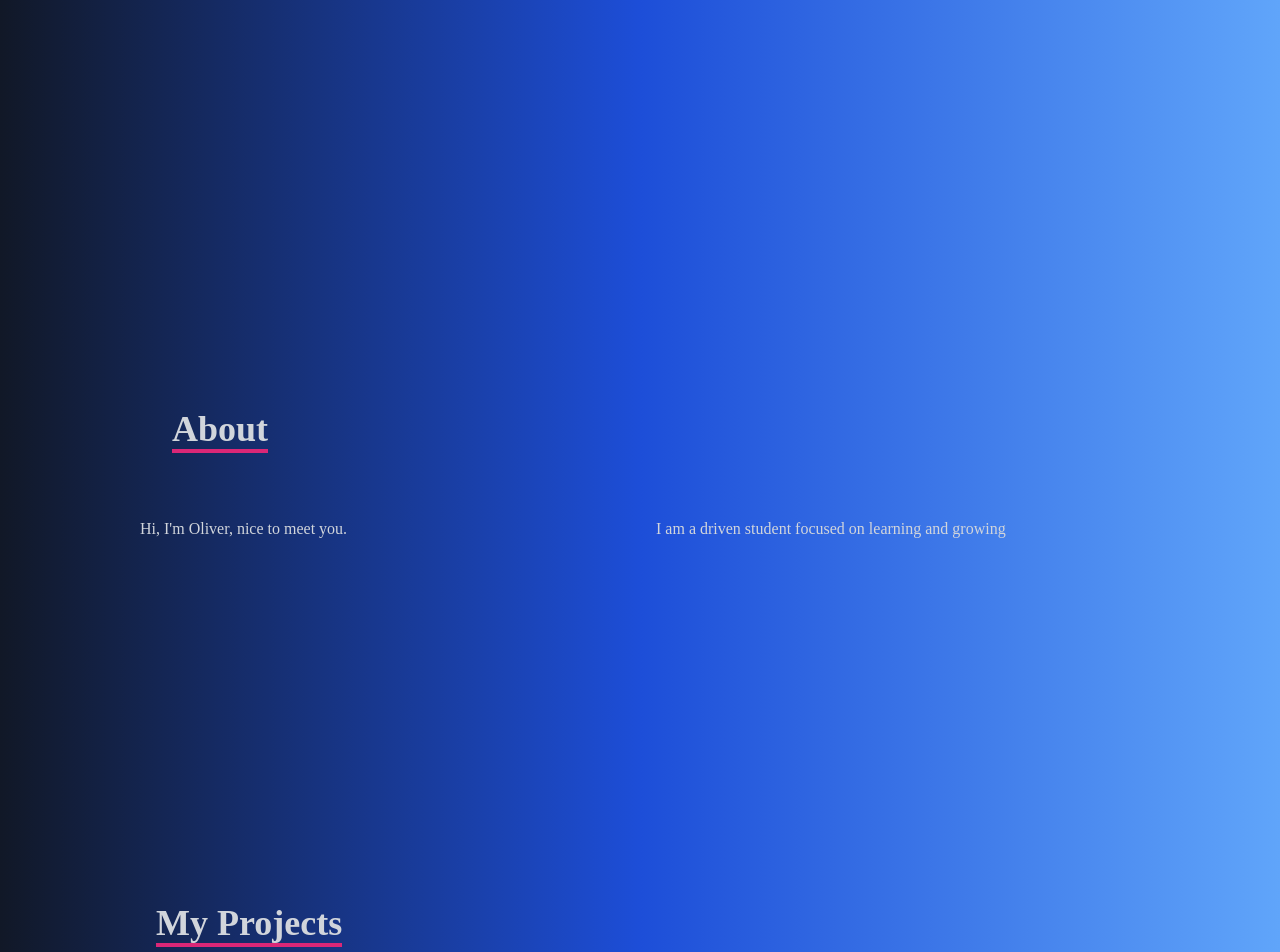
Repository: olichengus/Project-Portfolio
Page: /
The author's editor kept a copy of each file at every save. The page is drawn from the files as they stood at one save, then again after the next save.
The browser window is 1280 px wide. The pictures show the part of the page from y = 605 to 1557 px (the page is 2160 px tall).
The project was rebuilt for these pictures with package versions that can differ from the ones it lists, and the page was loaded fresh each time.

Above is the page before, as saved 2024-02-10 00:31:59.

### src/index.css
@tailwind base;
@tailwind components;
@tailwind utilities;

@import url('https://fonts.googleapis.com/css2?family=Roboto:wght@300;400;500;700&display=swap');

@layer base {
  body {
    @apply font-[Raleway];
  }
  li {
    @apply px-4;
    @apply cursor-pointer;
  }
}


.content-div{
  background-repeat: no-repeat;
  background-size: cover;
  background-position: center;
  height: 250px;
}

.content-div:hover{
  background-image: linear-gradient(
    to right,
    rgba(112,157,255,0.8),
    hsla(242,74%,61%,0.8)
  )!important;
  background-color: rgba(0, 0, 0, 0.5);
  transition: 0.5s;
}

### src/App.js
import Home from './components/Home';
import Navbar from './components/Navbar';
import About from './components/About';
import Work from './components/Work';

function App() {
  return (
    <div>
      <Navbar />
      <Home />
      <About />
      <Work />
    </div>
  );
}

export default App;

### src/components/Home.jsx
import React from 'react'
import {HiArrowNarrowRight} from 'react-icons/hi'

const Home = () => {
  return (
    <div className='w-full h-screen bg-gradient-to-r from-gray-900 via-blue-700 to-blue-400'>
      {/* Container */}
      <div className='max-w-[1000px] mx-auto px-8 flex flex-col justify-center h-full'>
        <p className='text-pink-600 text-2xl'>Hi, my name is</p>
        <h1 className='text-white text-7xl font-bold'>Oliver Cheng</h1>
        <h2 className='text-4xl sm:text-5xl font-bold text-[#8892b0]'> I am a Computer Science student @ UBC</h2>
        <h2 className='text-4xl sm:text-5xl font-bold text-[#8892b0]'> Welcome to my Portfolio!</h2>
        <div className='background-color'>
          <button className = 'text-white border-2 px-6 py-3 my-2 flex items-center hover:bg-pink-600 hover:border-pink-600'>
            My Projects
            <span className='group-hover:rotate-90 duration-300'>
              <HiArrowNarrowRight className='ml-2' />
            </span>
          </button>
        </div>
      </div>

    </div>
  )
}

export default Home

### src/components/navbar.js
import React, {useState} from 'react'
import {
    FaBars,
    FaTimes,
    FaGithub,
    FaLinkedin
  } from 'react-icons/fa';
import { HiOutlineMail } from 'react-icons/hi';
import BsFillPersonFill from 'react-icons/bs';

const Navbar = () => {
    const [nav, setNav] = useState(false)
    const handleClick = () => setNav(!nav)
  return (
    <div className='fixed w-full h-[80px] flex justify-between items-center px-4 bg-[#0a192f] text-gray-300'>
    {/* menu */}
        <div className='hidden md:flex'>
            <ul className='hidden md:flex'>
                <li>Home</li>
                <li>About</li>
                <li>Experience</li>
                <li>Projects</li>
                <li>Contact</li>


            </ul>
        </div>

        <div onClick={handleClick} className='md:hidden z-10'>
            {/* if false set it to bars else set it to x logo*/}
            {!nav ? <FaBars /> : <FaTimes />}
        </div>


        {/* Moble menu */}
        <ul className={!nav ? "hidden": 'absolute top-0 left-0 w-full h-screen bg-[#0a192f] flex flex-col justify center items-center'}>
                <li className='py-6 text-4xl'>Home</li>
                <li className='py-6 text-4xl'>About</li>
                <li className='py-6 text-4xl'>Experience</li>
                <li className='py-6 text-4xl'>Projects</li>
                <li className='py-6 text-4xl'>Contact</li>

        </ul>
        {/* Social Icons */}
        <div className='flex fixed flex-col top-[35%] left-0;'>
        </div>
    </div>


  )
}

export default Navbar

### src/components/About.jsx
import React from 'react';

const About = () => {
    return (
        <div name='about' className='w-full h-screen bg-gradient-to-r from-gray-900 via-blue-700 to-blue-400 text-gray-300'>
            <div className='flex flex-col justify-center items-center w-full h-full'>
                <div className='max-w-[1000px] w-full px-4 justify-center items-center'>
                    <div className='md:text-left sm:text-right pb-8 pl-4'>
                        <p className='text-4xl font-bold inline border-b-4 border-pink-600 hover:text-white'>About</p>
                    </div>

                </div>
                <div className='mt-9 max-w-[1000px] w-full grid grid-cols-2 gap-8'>
                    <div>
                        <p>Hi, I'm Oliver, nice to meet you.</p>
                    </div>
                    <div>
                        I am a driven student focused on learning and growing
                    </div>
                </div>
            </div>
        </div>
    )
}

export default About;

### src/components/Work.jsx
import React from 'react';
import Background from '../assets/background.jpeg';

const Work = () => {
    return (
        <div className='w-full md:h-screen text-gray-300 bg-gradient-to-r from-gray-900 via-blue-700 to-blue-400'>
            <div className='max-w-[1000px] mx-auto p-4 flex flex-col justify-center w-full h-full'>
                <div>
                    <p className='text-4xl font-bold inline border-b-4 text-gray-300 border-pink-600'>My Projects</p>
                </div>

            {/* Container */}

                <div className='grid sm:grid-cols-2 md:grid-cols-3 gap-4 mt-7'>

            {/* Grid Item */}
                    <div style = {{backgroundImage: `url(${Background})`}}
                    className='shadow-lg shadow-[#040c16] group container rounded-md flex justify-center items-center mx-auto content-div'>

                        {/* Hover Effects */}
                        <div className='opacity-0 group-hover:opacity-100'>
                            <span className='text-2xl font-bold text-white tracking-wider'>
                                UBC Elective Finder
                            </span>
                            <div className='pt-8 text-center'>
                                {/* <a href ="/">
                                    <button className='text-center rounded-lg px-4 py-3 m-2 bg-white text-gray-700 font-bold text-lg'>Demo</button>
                                </a> */}
                                <a href = "https://github.com/olichengus/UBC-Elective-Finder">
                                    <button className='text-center rounded-lg px-5 py-3 m-2 bg-white text-gray-700 font-bold text-lg'>View</button>
                                </a>
                            </div>
                        </div>
                    </div>

                    <div style = {{backgroundImage: `url(${Background})`}}
                    className='shadow-lg shadow-[#040c16] group container rounded-md flex justify-center items-center mx-auto content-div'>

                        {/* Hover Effects */}
                        <div className='opacity-0 group-hover:opacity-100'>
                            <span className='text-2xl font-bold text-white tracking-wider'>
                                Telomeres Website
                            </span>
                            <div className='pt-8 text-center'>
                                {/* <a href ="/">
                                    <button className='text-center rounded-lg px-4 py-3 m-2 bg-white text-gray-700 font-bold text-lg'>Demo</button>
                                </a> */}
                                <a href = "https://github.com/olichengus/TelomeresWebsite">
                                    <button className='text-center rounded-lg px-5 py-3 m-2 bg-white text-gray-700 font-bold text-lg'>View</button>
                                </a>
                            </div>
                        </div>
                    </div>

                    <div style = {{backgroundImage: `url(${Background})`}}
                    className='shadow-lg shadow-[#040c16] group container rounded-md flex justify-center items-center mx-auto content-div'>

                        {/* Hover Effects */}
                        <div className='opacity-0 group-hover:opacity-100'>
                            <span className='text-2xl font-bold text-white tracking-wider'>
                                Wishlist Application
                            </span>
                            <div className='pt-8 text-center'>
                                {/* <a href ="https://github.com/olichengus/WishList">
                                    <button className='text-center rounded-lg px-4 py-3 m-2 bg-white text-gray-700 font-bold text-lg'>Demo</button>
                                </a> */}
                                <a href = "https://github.com/olichengus/WishList">
                                    <button className='text-center rounded-lg px-5 py-3 m-2 bg-white text-gray-700 font-bold text-lg'>View</button>
                                </a>
                            </div>
                        </div>
                    </div>

                    <div style = {{backgroundImage: `url(${Background})`}}
                    className='shadow-lg shadow-[#040c16] group container rounded-md flex justify-center items-center mx-auto content-div'>

                        {/* Hover Effects */}
                        <div className='opacity-0 group-hover:opacity-100'>
                            <span className='text-2xl font-bold text-white tracking-wider'>
                                PythonRoads
                            </span>
                            <div className='pt-8 text-center'>
                                {/* <a href ="/">
                                    <button className='text-center rounded-lg px-4 py-3 m-2 bg-white text-gray-700 font-bold text-lg'>Demo</button>
                                </a> */}
                                <a href = "https://github.com/olichengus/PythonRoads">
                                    <button className='text-center rounded-lg px-5 py-3 m-2 bg-white text-gray-700 font-bold text-lg'>View</button>
                                </a>
                            </div>
                        </div>
                    </div>

                </div>



            </div>
        </div>
    );
};

export default Work;

### tailwind.config.js
/** @type {import('tailwindcss').Config} */
module.exports = {
  content: ["./src/**/*.{html,jsx}"],
  theme: {
    extend: {},
  },
  plugins: [],
}

Loaded but not shown: public/index.html (common file); src/index.js (common file)

After the next save:
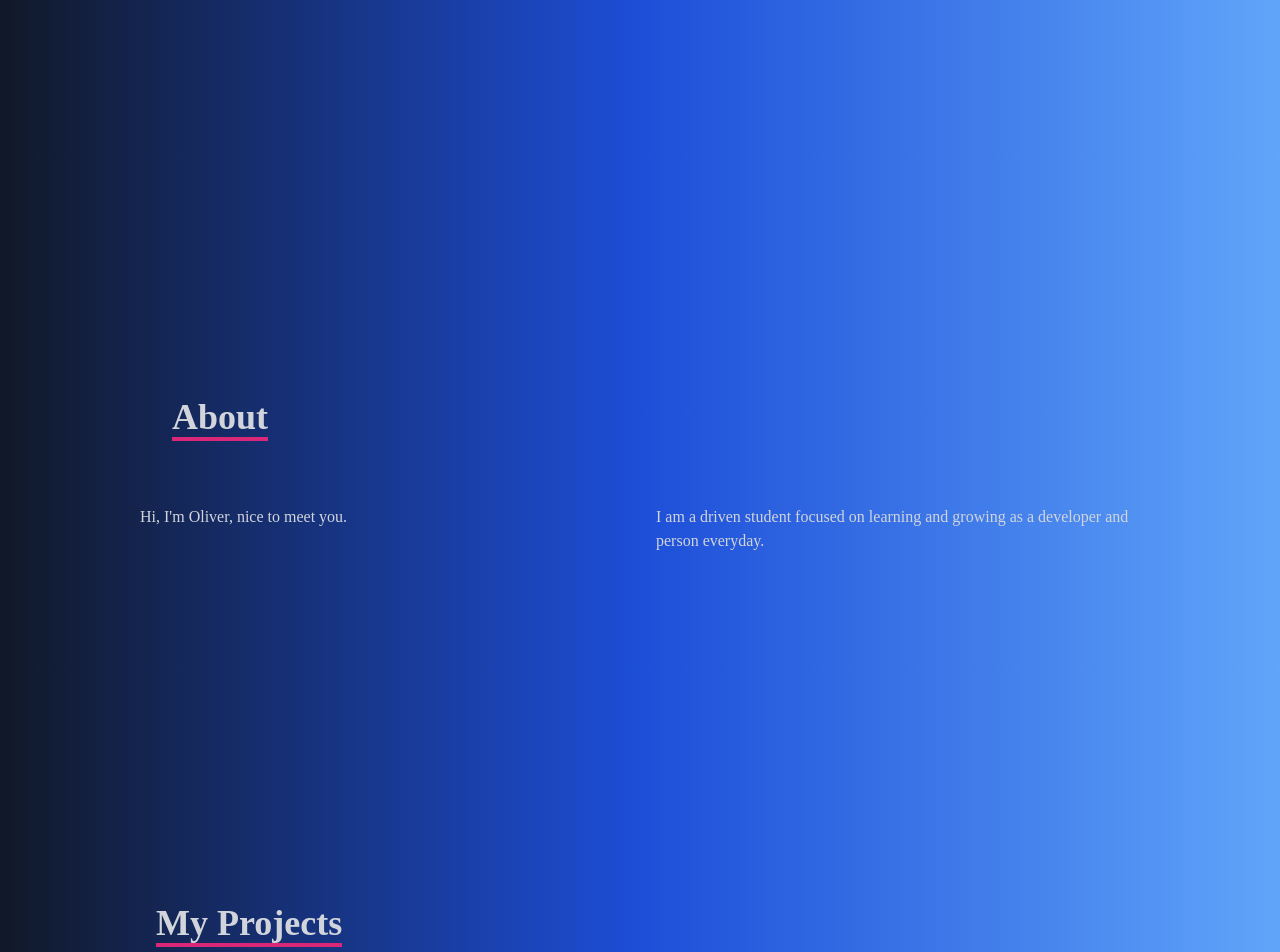
Saved 16 s later.
--- a/src/components/About.jsx
+++ b/src/components/About.jsx
@@ -15,7 +15,7 @@ const About = () => {
                         <p>Hi, I'm Oliver, nice to meet you.</p>
                     </div>
                     <div>
-                        I am a driven student focused on learning and growing
+                        I am a driven student focused on learning and growing as a developer and person everyday.
                     </div>
                 </div>
             </div>
